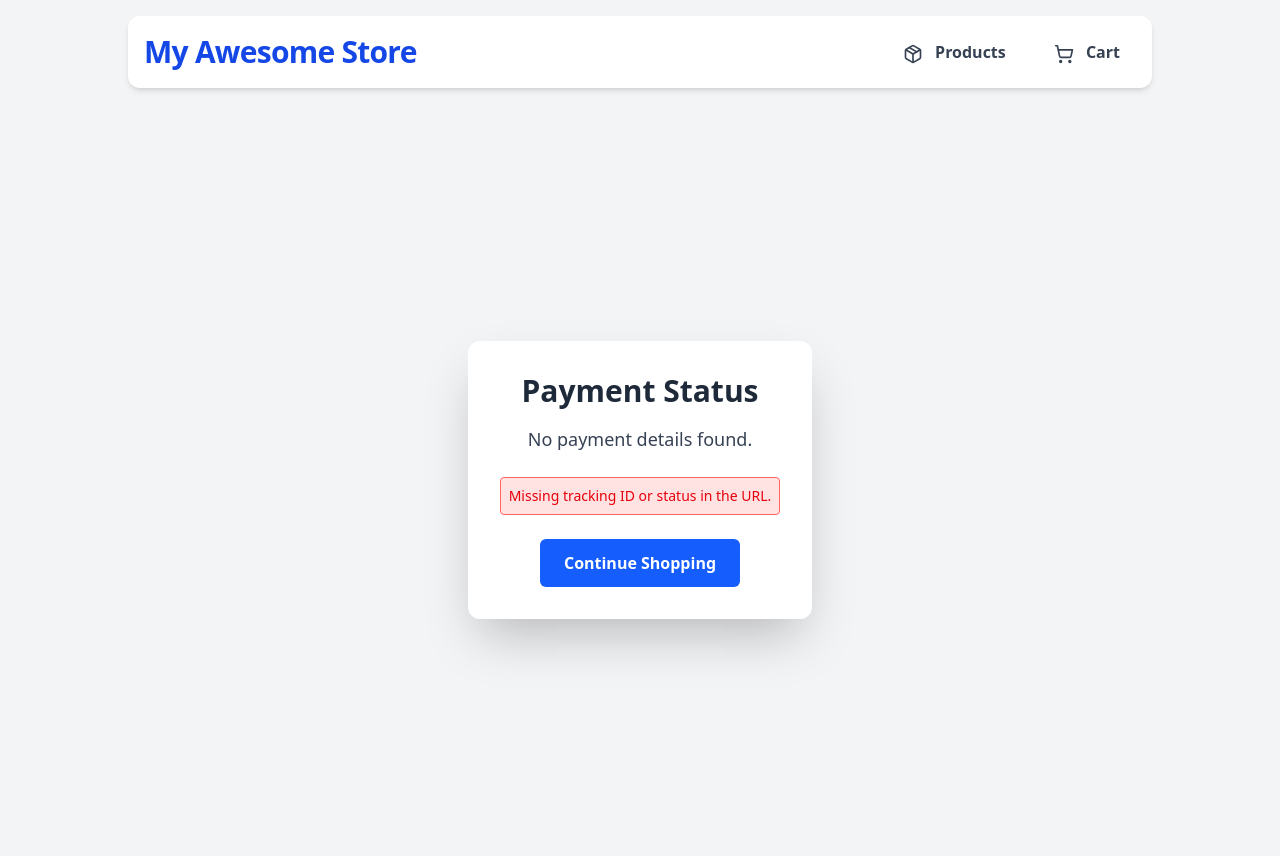
Repository: EphrahimLaanyu123/admin-panel
Page: /payment-success
An editor plug-in stored every save of this project. The page is shown before and after the next save, followed by the edit.
The browser window is 1280 px wide. The pictures show the whole page.
The project was rebuilt for these pictures with package versions that can differ from the ones it lists, and the page was loaded fresh each time. Also part of the build but not shown: vite.config.js, src/components/Products.jsx, src/components/Cart.jsx, src/components/Billing.jsx.

Above is the page before, as saved 2025-06-13 16:20:25.

### src/main.jsx
// main.jsx
import React from 'react';
import ReactDOM from 'react-dom/client';
import { BrowserRouter } from 'react-router-dom';
import App from './App';
import './index.css';

ReactDOM.createRoot(document.getElementById('root')).render(
  <BrowserRouter>
    <App />
  </BrowserRouter>
);

### src/App.jsx
import React, { useState, useEffect, useMemo } from 'react';
import { Routes, Route, NavLink, useLocation } from 'react-router-dom';
import Cookies from 'js-cookie';
import { ShoppingCart, Package } from 'lucide-react';


import ProductsComponent from './components/Products.jsx';
import productList from './components/ProductsData.jsx';
import Cart from './components/Cart.jsx';
import Billing from './components/Billing.jsx';
import PaymentSuccess from './components/PaymentSuccess.jsx';

function App() {
  const [cart, setCart] = useState([]);
  const [showConfirmation, setShowConfirmation] = useState('');
  const location = useLocation();

  // Initialize the 'products' state from the imported 'productList' array.
  // This 'products' state will be passed down to child components.
  const [products] = useState(productList);

  // Effect to load cart data from cookies when the component mounts
  useEffect(() => {
    try {
      const storedCart = Cookies.get('shoppingCart');
      if (storedCart) {
        setCart(JSON.parse(storedCart));
      }
    } catch (error) {
      console.error('Failed to load cart from cookies:', error);
      // If parsing fails (e.g., corrupted cookie), remove it
      Cookies.remove('shoppingCart');
    }
  }, []); // Empty dependency array ensures this runs only once on mount

  // Effect to save cart data to cookies whenever the 'cart' state changes
  useEffect(() => {
    if (cart.length > 0) {
      Cookies.set('shoppingCart', JSON.stringify(cart), {
        expires: 30, // Cookie expires in 30 days
        secure: true, // Only send cookie over HTTPS (important for production)
        sameSite: 'Lax', // Protection against Cross-Site Request Forgery (CSRF)
      });
    } else {
      // If the cart is empty, remove the cookie
      Cookies.remove('shoppingCart');
    }
  }, [cart]); // Re-run this effect whenever 'cart' state changes

  /**
   * Adds a product to the cart or increments its quantity if already present.
   * @param {object} productToAdd - The product object to add to the cart.
   */
  const addToCart = (productToAdd) => {
    setCart((prevCart) => {
      const existingItem = prevCart.find((item) => item.productId === productToAdd.id);
      if (existingItem) {
        // If the product already exists in the cart, increment its quantity
        return prevCart.map((item) =>
          item.productId === productToAdd.id ? { ...item, quantity: item.quantity + 1 } : item
        );
      } else {
        // If the product is new to the cart, add it with a quantity of 1
        return [...prevCart, { productId: productToAdd.id, name: productToAdd.name, price: productToAdd.price, quantity: 1 }];
      }
    });

    // Display a confirmation message for a short period
    setShowConfirmation(`${productToAdd.name} added to cart!`);
    const timer = setTimeout(() => setShowConfirmation(''), 2000);
    // Cleanup function for the timer to prevent memory leaks if component unmounts
    return () => clearTimeout(timer);
  };

  /**
   * Updates the quantity of a specific product in the cart.
   * @param {string} productId - The ID of the product to update.
   * @param {number} change - The amount to change the quantity by (e.g., +1 or -1).
   */
  const updateQuantity = (productId, change) => {
    setCart((prevCart) =>
      prevCart
        .map((item) =>
          item.productId === productId ? { ...item, quantity: item.quantity + change } : item
        )
        // Filter out items whose quantity drops to 0 or below
        .filter((item) => item.quantity > 0)
    );
  };

  /**
   * Removes a product entirely from the cart.
   * @param {string} productId - The ID of the product to remove.
   */
  const removeFromCart = (productId) => {
    setCart((prevCart) => prevCart.filter((item) => item.productId !== productId));
  };

  // Memoize the total number of items in the cart for performance
  const totalCartItems = useMemo(() => cart.reduce((sum, item) => sum + item.quantity, 0), [cart]);

  return (
    <div className="min-h-screen bg-gray-100 flex flex-col items-center p-4 font-inter">
      {/* Header section with store title and navigation links */}
      <header className="w-full max-w-5xl bg-white shadow-md rounded-xl p-4 flex justify-between items-center mb-8">
        <h1 className="text-3xl font-extrabold text-blue-700 tracking-tight">My Awesome Store</h1>
        <nav className="flex items-center space-x-4">
          {/* Navigation link to the products page */}
          <NavLink
            to="/"
            className={({ isActive }) =>
              `px-4 py-2 rounded-lg font-semibold transition duration-200 ease-in-out ${
                isActive ? 'bg-blue-600 text-white shadow-lg' : 'text-gray-700 hover:bg-gray-200'
              }`
            }
          >
            <Package className="inline-block mr-2" size={20} /> Products
          </NavLink>
          {/* Navigation link to the cart page */}
          <NavLink
            to="/cart"
            className={({ isActive }) =>
              `px-4 py-2 rounded-lg font-semibold relative transition duration-200 ease-in-out ${
                isActive ? 'bg-blue-600 text-white shadow-lg' : 'text-gray-700 hover:bg-gray-200'
              }`
            }
          >
            <ShoppingCart className="inline-block mr-2" size={20} /> Cart
            {/* Display total number of items in cart if greater than 0 */}
            {totalCartItems > 0 && (
              <span className="absolute -top-2 -right-2 bg-red-500 text-white text-xs font-bold rounded-full h-6 w-6 flex items-center justify-center">
                {totalCartItems}
              </span>
            )}
          </NavLink>
        </nav>
      </header>

      {/* Confirmation message displayed when an item is added to cart */}
      {showConfirmation && (
        <div className="fixed top-4 right-4 bg-green-500 text-white px-6 py-3 rounded-lg shadow-xl z-50">
          {showConfirmation}
        </div>
      )}

      {/* Define application routes */}
      <Routes>
        {/* Route for the Products page. Pass 'products' data and 'addToCart' function */}
        <Route path="/" element={<ProductsComponent products={products} addToCart={addToCart} />} />
        {/* Route for the Cart page. Pass cart data and quantity/remove functions */}
        <Route
          path="/cart"
          element={
            <Cart
              cart={cart}
              products={products} // Correctly passing the 'products' state
              updateQuantity={updateQuantity}
              removeFromCart={removeFromCart}
            />
          }
        />
        {/* Route for the Billing page. Pass cart data and products data */}
        <Route
            path="/billing"
            element={
              <Billing
                cart={cart}
                products={products} // Correctly passing the 'products' state
              />
            }
          />
        {/* Route for the Payment Success page */}
        <Route path="/payment-success" element={<PaymentSuccess />} />
      </Routes>
    </div>
  );
}

export default App;

### src/components/ProductsData.jsx
const productList = [
    { id: '1', name: 'Wireless Headphones', price: 1, imageUrl: 'https://placehold.co/200x200/CAF0F8/03045E?text=Headphones', description: 'Experience immersive sound with these comfortable wireless headphones.' },
    { id: '2', name: 'Smartwatch', price: 199.99, imageUrl: 'https://placehold.co/200x200/ADE8F4/03045E?text=Smartwatch', description: 'Track your fitness and stay connected with this sleek smartwatch.' },
    { id: '3', name: 'Portable Bluetooth Speaker', price: 49.99, imageUrl: 'https://placehold.co/200x200/90E0EF/03045E?text=Speaker', description: 'Powerful sound in a compact design, perfect for on-the-go.' },
    { id: '4', name: 'Laptop Stand', price: 29.99, imageUrl: 'https://placehold.co/200x200/48CAE4/03045E?text=Stand', description: 'Ergonomic design to elevate your laptop for better posture.' },
    { id: '5', name: 'External SSD 1TB', price: 119.99, imageUrl: 'https://placehold.co/200x200/00B4D8/03045E?text=SSD', description: 'Fast and reliable storage for all your files and backups.' },
  ];

export default productList;

### src/components/PaymentSuccess.jsx
import React, { useEffect, useState } from 'react';
import { useSearchParams, useNavigate } from 'react-router-dom';

function PaymentSuccess() {
  const [searchParams] = useSearchParams();
  const navigate = useNavigate();
  const [paymentStatus, setPaymentStatus] = useState('Verifying payment...');
  const [transactionDetails, setTransactionDetails] = useState(null);
  const [error, setError] = useState('');

  useEffect(() => {
    const trackingId = searchParams.get('tracking_id');
    const status = searchParams.get('status');

    if (trackingId && status) {
      setPaymentStatus(`Payment ${status.toLowerCase()} for Tracking ID: ${trackingId}`);
      // In a real application, you would make an API call to your backend
      // to verify the payment using the tracking_id.
      // Example: fetch('/verify-pesapal-payment?trackingId=' + trackingId)
      // and update state based on the backend response.

      // For demonstration purposes:
      const verifyPayment = async () => {
        try {
          // Replace with your actual backend endpoint for verification
          const response = await fetch(`http://localhost:5000/verify_payment_status?tracking_id=${trackingId}`);
          if (!response.ok) {
            throw new Error('Failed to verify payment with backend.');
          }
          const data = await response.json();
          if (data.status === 'COMPLETED') {
            setPaymentStatus('Payment Successful!');
            setTransactionDetails(data.transaction_details);
          } else {
            setPaymentStatus(`Payment ${data.status.toLowerCase()}.`);
            setError(`Payment status is ${data.status}. If you believe this is an error, please contact support.`);
          }
        } catch (err) {
          console.error('Error verifying payment:', err);
          setPaymentStatus('Error verifying payment.');
          setError('Could not verify payment status with our system. Please check your order history or contact support.');
        }
      };

      verifyPayment();

    } else {
      setPaymentStatus('No payment details found.');
      setError('Missing tracking ID or status in the URL.');
    }
  }, [searchParams]);

  return (
    <div className="min-h-screen bg-gray-100 flex items-center justify-center p-4">
      <div className="bg-white p-8 rounded-xl shadow-2xl text-center max-w-md w-full">
        <h2 className="text-3xl font-bold text-gray-800 mb-4">Payment Status</h2>
        <p className="text-lg text-gray-700 mb-6">{paymentStatus}</p>

        {transactionDetails && (
          <div className="bg-green-50 p-4 rounded-lg border border-green-200 mb-6">
            <h3 className="text-xl font-semibold text-green-700 mb-2">Transaction Details:</h3>
            <p><strong>Tracking ID:</strong> {transactionDetails.tracking_id}</p>
            <p><strong>Status:</strong> {transactionDetails.status}</p>
            <p><strong>Amount:</strong> Ksh{parseFloat(transactionDetails.amount).toFixed(2)}</p>
            {/* Add more details as needed */}
          </div>
        )}

        {error && (
          <div className="text-red-600 text-sm mt-4 p-2 bg-red-100 border border-red-400 rounded">
            {error}
          </div>
        )}

        <button
          onClick={() => navigate('/')}
          className="mt-6 py-3 px-6 bg-blue-600 text-white font-semibold rounded-md hover:bg-blue-700 transition-colors duration-200"
        >
          Continue Shopping
        </button>
      </div>
    </div>
  );
}

export default PaymentSuccess;

Loaded but not shown: index.html (common file); src/index.css (common file)

After the next save:
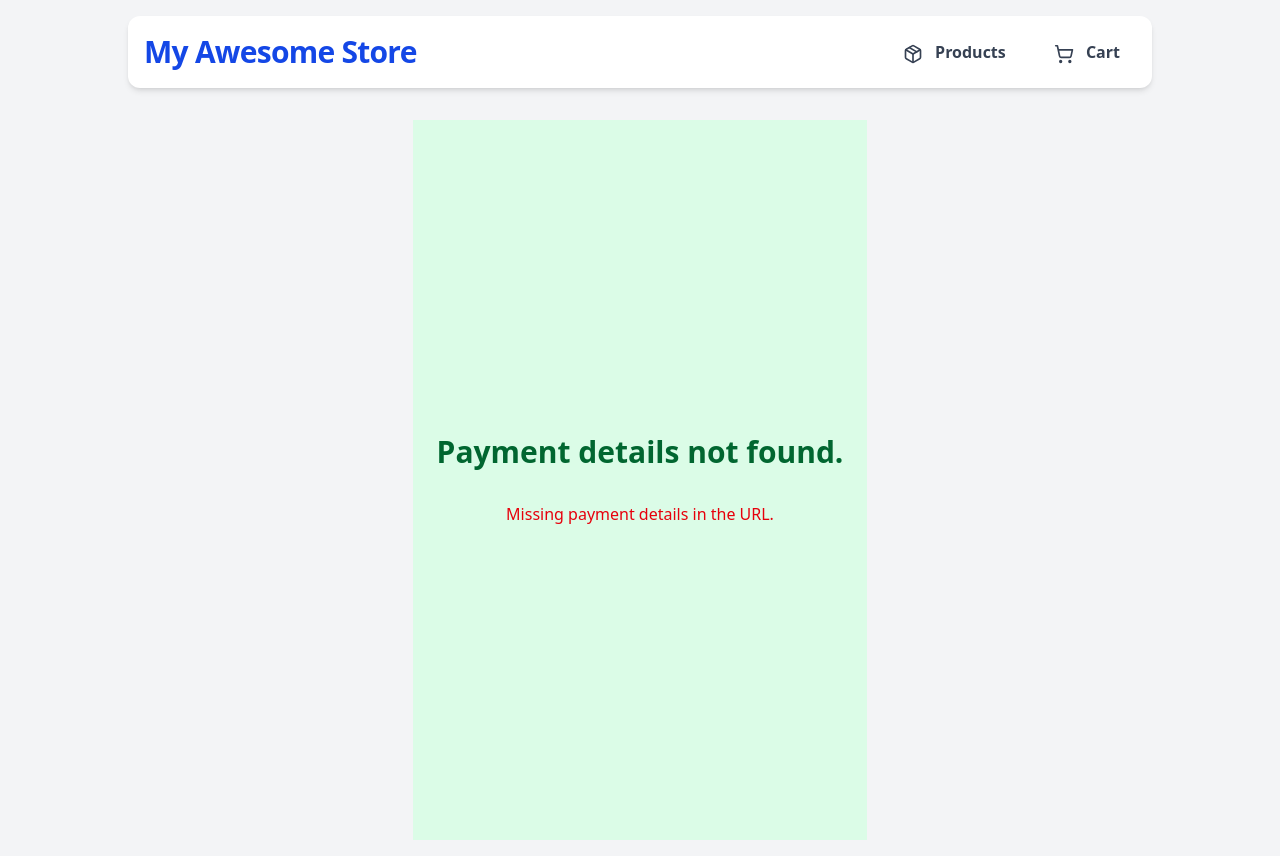
Saved 10 min 33 s later.
--- a/src/components/PaymentSuccess.jsx
+++ b/src/components/PaymentSuccess.jsx
@@ -1,10 +1,9 @@
 import React, { useEffect, useState } from 'react';
-import { useSearchParams, useNavigate } from 'react-router-dom';
+import { useSearchParams } from 'react-router-dom';
 
-function PaymentSuccess() {
+const PaymentSuccess = () => {
   const [searchParams] = useSearchParams();
-  const navigate = useNavigate();
-  const [paymentStatus, setPaymentStatus] = useState('Verifying payment...');
+  const [paymentStatus, setPaymentStatus] = useState('Checking payment status...');
   const [transactionDetails, setTransactionDetails] = useState(null);
   const [error, setError] = useState('');
 
@@ -12,75 +11,72 @@
     const trackingId = searchParams.get('tracking_id');
     const status = searchParams.get('status');
 
-    if (trackingId && status) {
-      setPaymentStatus(`Payment ${status.toLowerCase()} for Tracking ID: ${trackingId}`);
-      // In a real application, you would make an API call to your backend
-      // to verify the payment using the tracking_id.
-      // Example: fetch('/verify-pesapal-payment?trackingId=' + trackingId)
-      // and update state based on the backend response.
+    if (!trackingId || !status) {
+      setError('Missing payment details in the URL.');
+      setPaymentStatus('Payment details not found.');
+      return;
+    }
 
-      // For demonstration purposes:
-      const verifyPayment = async () => {
-        try {
-          // Replace with your actual backend endpoint for verification
-          const response = await fetch(`http://localhost:5000/verify_payment_status?tracking_id=${trackingId}`);
-          if (!response.ok) {
-            throw new Error('Failed to verify payment with backend.');
-          }
-          const data = await response.json();
-          if (data.status === 'COMPLETED') {
-            setPaymentStatus('Payment Successful!');
-            setTransactionDetails(data.transaction_details);
-          } else {
-            setPaymentStatus(`Payment ${data.status.toLowerCase()}.`);
-            setError(`Payment status is ${data.status}. If you believe this is an error, please contact support.`);
-          }
-        } catch (err) {
-          console.error('Error verifying payment:', err);
-          setPaymentStatus('Error verifying payment.');
-          setError('Could not verify payment status with our system. Please check your order history or contact support.');
+    const verifyPayment = async () => {
+      try {
+        const response = await fetch(
+          `http://localhost:5000/check_status?orderTrackingId=${trackingId}`
+        );
+
+        if (!response.ok) {
+          throw new Error('Failed to communicate with payment server.');
         }
-      };
 
-      verifyPayment();
+        const data = await response.json();
 
-    } else {
-      setPaymentStatus('No payment details found.');
-      setError('Missing tracking ID or status in the URL.');
-    }
+        if (data.payment_status_description === 'Completed') {
+          setPaymentStatus('Payment Successful!');
+          setTransactionDetails({
+            trackingId,
+            status: data.payment_status_description,
+            amount: data.amount,
+            method: data.payment_method,
+            reference: data.payment_reference
+          });
+        } else {
+          setPaymentStatus(`Payment ${data.payment_status_description}`);
+          setError(`Payment was not completed. Status: ${data.payment_status_description}`);
+        }
+      } catch (err) {
+        console.error('Error verifying payment:', err);
+        setError('An error occurred while verifying the payment. Please try again.');
+        setPaymentStatus('Error verifying payment');
+      }
+    };
+
+    verifyPayment();
   }, [searchParams]);
 
   return (
-    <div className="min-h-screen bg-gray-100 flex items-center justify-center p-4">
-      <div className="bg-white p-8 rounded-xl shadow-2xl text-center max-w-md w-full">
-        <h2 className="text-3xl font-bold text-gray-800 mb-4">Payment Status</h2>
-        <p className="text-lg text-gray-700 mb-6">{paymentStatus}</p>
+    <div className="min-h-screen bg-green-100 flex flex-col items-center justify-center p-6">
+      <h1 className="text-3xl font-bold mb-4 text-green-800">{paymentStatus}</h1>
 
-        {transactionDetails && (
-          <div className="bg-green-50 p-4 rounded-lg border border-green-200 mb-6">
-            <h3 className="text-xl font-semibold text-green-700 mb-2">Transaction Details:</h3>
-            <p><strong>Tracking ID:</strong> {transactionDetails.tracking_id}</p>
-            <p><strong>Status:</strong> {transactionDetails.status}</p>
-            <p><strong>Amount:</strong> Ksh{parseFloat(transactionDetails.amount).toFixed(2)}</p>
-            {/* Add more details as needed */}
-          </div>
-        )}
+      {transactionDetails && (
+        <div className="bg-white shadow-md p-6 rounded-md text-left max-w-md w-full">
+          <p><strong>Tracking ID:</strong> {transactionDetails.trackingId}</p>
+          <p><strong>Status:</strong> {transactionDetails.status}</p>
+          <p><strong>Amount:</strong> KES {transactionDetails.amount}</p>
+          {transactionDetails.method && (
+            <p><strong>Method:</strong> {transactionDetails.method}</p>
+          )}
+          {transactionDetails.reference && (
+            <p><strong>Reference:</strong> {transactionDetails.reference}</p>
+          )}
+        </div>
+      )}
 
-        {error && (
-          <div className="text-red-600 text-sm mt-4 p-2 bg-red-100 border border-red-400 rounded">
-            {error}
-          </div>
-        )}
-
-        <button
-          onClick={() => navigate('/')}
-          className="mt-6 py-3 px-6 bg-blue-600 text-white font-semibold rounded-md hover:bg-blue-700 transition-colors duration-200"
-        >
-          Continue Shopping
-        </button>
-      </div>
+      {error && (
+        <div className="text-red-600 mt-4 text-center">
+          <p>{error}</p>
+        </div>
+      )}
     </div>
   );
-}
+};
 
 export default PaymentSuccess;
